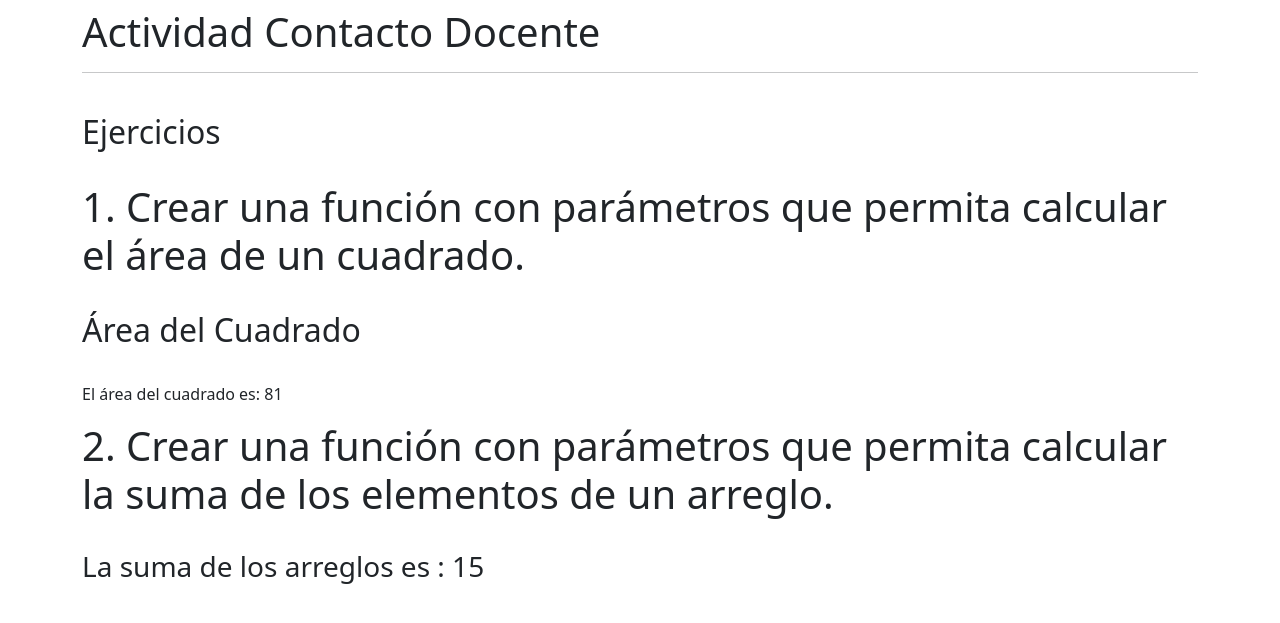
Repository: Jchimbo99/Actvidad1
Page: / (app in typescript-actividad/)
These files come from the project's save history. The page is drawn as it stood at one moment and after the next save; the edit follows.
The browser window is 1280 px wide. The pictures show the whole page.
The project was rebuilt for these pictures with package versions that can differ from the ones it lists, and the page was loaded fresh each time. Also part of the build but not shown: typescript-actividad/vite.config.ts.

Above is the page before, as saved 2025-01-22 20:40:40.

### typescript-actividad/index.html
<!doctype html>
<html lang="en">
  <head>
    <meta charset="UTF-8" />
    <link rel="icon" type="image/svg+xml" href="/vite.svg" />
    <meta name="viewport" content="width=device-width, initial-scale=1.0" />
    <link href="https://cdn.jsdelivr.net/npm/bootstrap@5.3.3/dist/css/bootstrap.min.css" rel="stylesheet" integrity="sha384-QWTKZyjpPEjISv5WaRU9OFeRpok6YctnYmDr5pNlyT2bRjXh0JMhjY6hW+ALEwIH" crossorigin="anonymous">

    <title>Activididad Jch</title>
  </head>
  <body class="container">
    <div id="root"></div>
    <script type="module" src="/src/main.tsx"></script>
  </body>
</html>

### typescript-actividad/src/App.tsx
import { AreaCuadrado } from "./typescript/AreaCuadrado";
import { Arreglo } from "./typescript/Arreglo";

export const App = () => {
  return (

    <div className="mt-2">
      <h1>Actividad Contacto Docente</h1>
      <hr />
      <br />
      <h2>Ejercicios</h2>
      <br />

      <AreaCuadrado/>

      <Arreglo/>
      </div>
  )
}


export default App;

### typescript-actividad/src/typescript/AreaCuadrado.tsx
export const AreaCuadrado = () => {
    const lado = 9;
    const area = lado * lado;

    return (
        <div>

            <h1>1.	Crear una función con parámetros que permita calcular el área de un cuadrado.</h1>
            <br />
            <h2>Área del Cuadrado</h2>
            <br />
            <p>El área del cuadrado es: {area}</p>
        </div>
    );
}

### typescript-actividad/src/typescript/Arreglo.tsx
export const Arreglo = () => {
    const arreglo = [1, 2, 3, 4, 5];
    const suma = arreglo.reduce((acumulado, valor) => acumulado + valor, 0);

    return (
        <div>
            <h1>2. Crear una función con parámetros que permita calcular la suma de los elementos de un arreglo.</h1>
            <br />
            <h3>La suma de los arreglos es : {suma}</h3>
        </div>
    );
}

Loaded but not shown: typescript-actividad/src/main.tsx (common file)

After the next save:
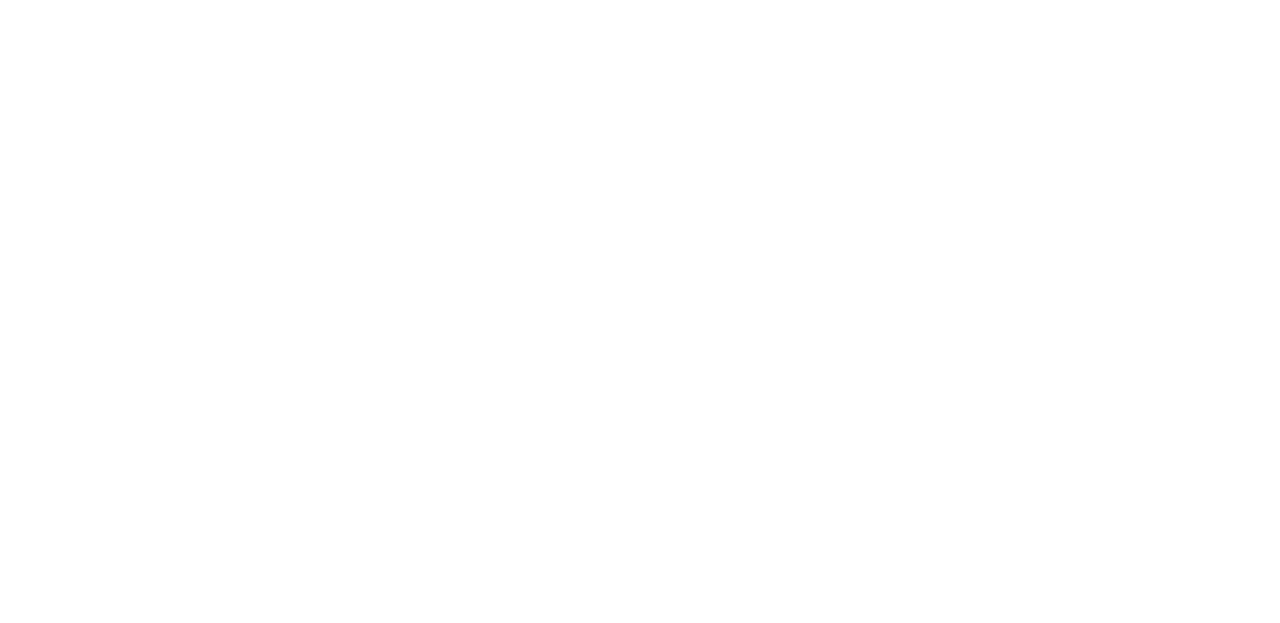
Console error: ReferenceError: suma is not defined
Saved 58 s later.
--- a/typescript-actividad/src/typescript/Arreglo.tsx
+++ b/typescript-actividad/src/typescript/Arreglo.tsx
@@ -1,6 +1,6 @@
 export const Arreglo = () => {
     const arreglo = [1, 2, 3, 4, 5];
-    const suma = arreglo.reduce((acumulado, valor) => acumulado + valor, 0);
+    const sumar = arreglo.reduce((acumulado, valor) => acumulado + valor, 0);
 
     return (
         <div>

After the save that followed:
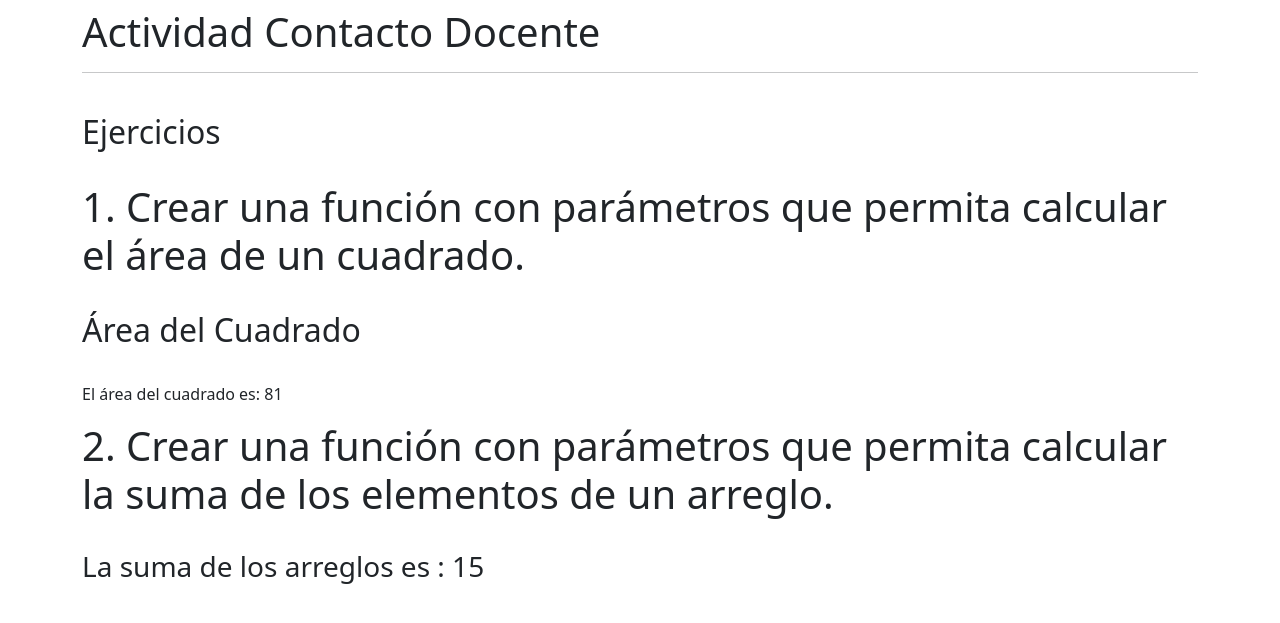
The error is gone.
Saved 13 s later.
--- a/typescript-actividad/src/typescript/Arreglo.tsx
+++ b/typescript-actividad/src/typescript/Arreglo.tsx
@@ -1,6 +1,6 @@
 export const Arreglo = () => {
     const arreglo = [1, 2, 3, 4, 5];
-    const sumar = arreglo.reduce((acumulado, valor) => acumulado + valor, 0);
+    const suma = arreglo.reduce((acumulado, valor) => acumulado + valor, 0);
 
     return (
         <div>
